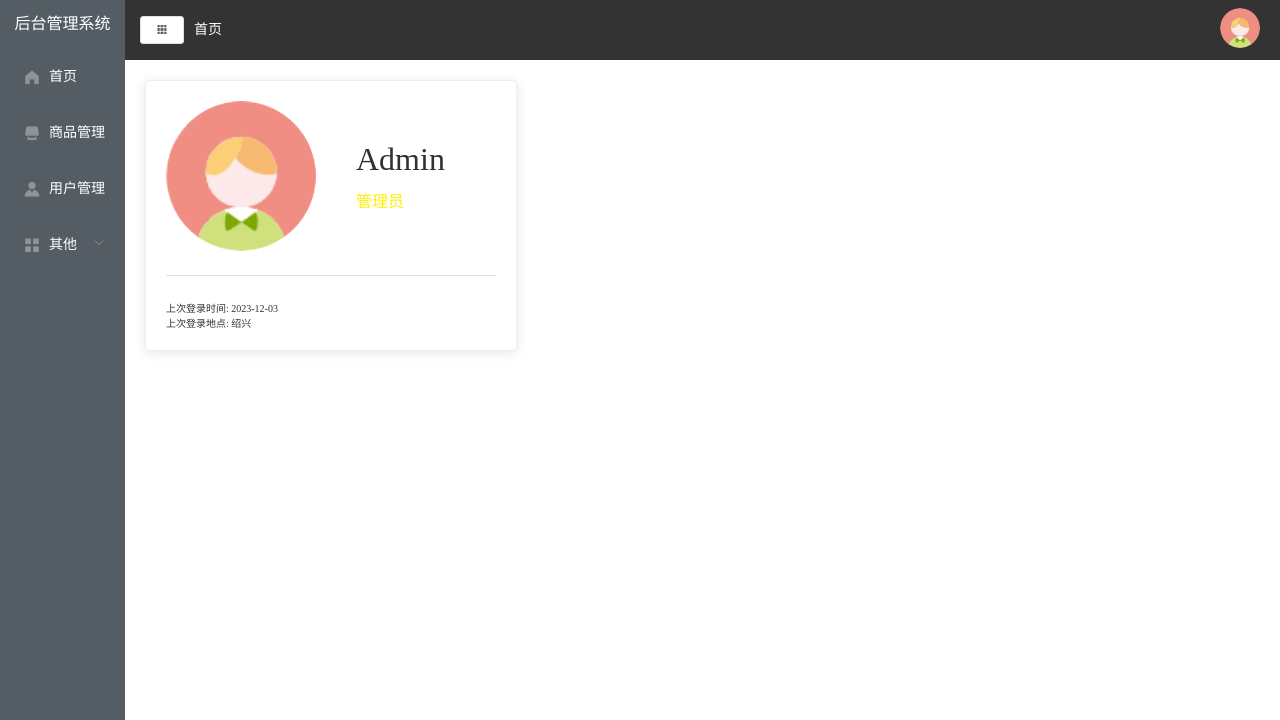
Repository: tkqi/manage
Page: /
The author's editor kept a copy of each file at every save. The page is drawn from the files as they stood at one save, then again after the next save.
The browser window is 1280 px wide. The pictures show the whole page.
The project was rebuilt for these pictures with package versions that can differ from the ones it lists, and the page was loaded fresh each time. Also part of the build but not shown: vue.config.js.

Above is the page before, as saved 2023-12-03 15:58:20.

After the next save:
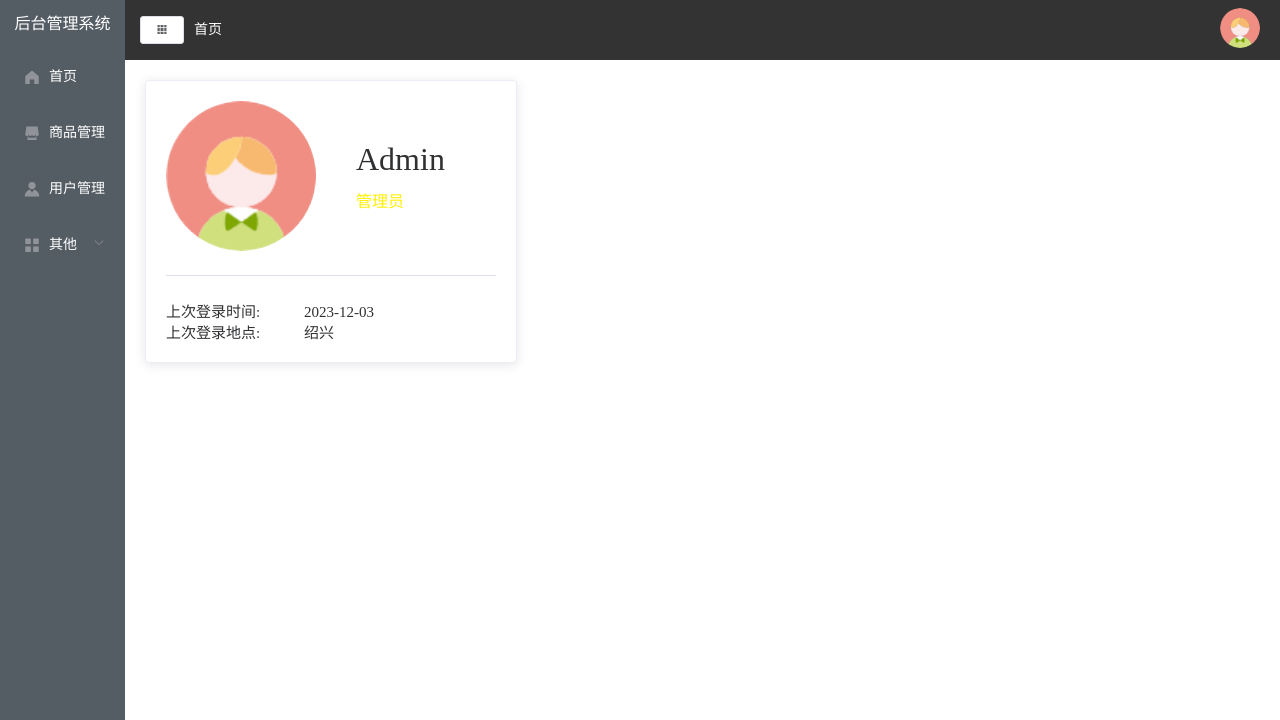
Saved 28 s later.
--- a/src/views/Home.vue
+++ b/src/views/Home.vue
@@ -60,11 +60,11 @@ export default {
 }
 .login-info {
         p {
-            font-size: 10px;
-            margin-right: 40px;
+            font-size: 15px;
 
             span {
-                font-size: 10px;
+                font-size: 15px;
+                margin-left: 40px;
             }
         }
     }
